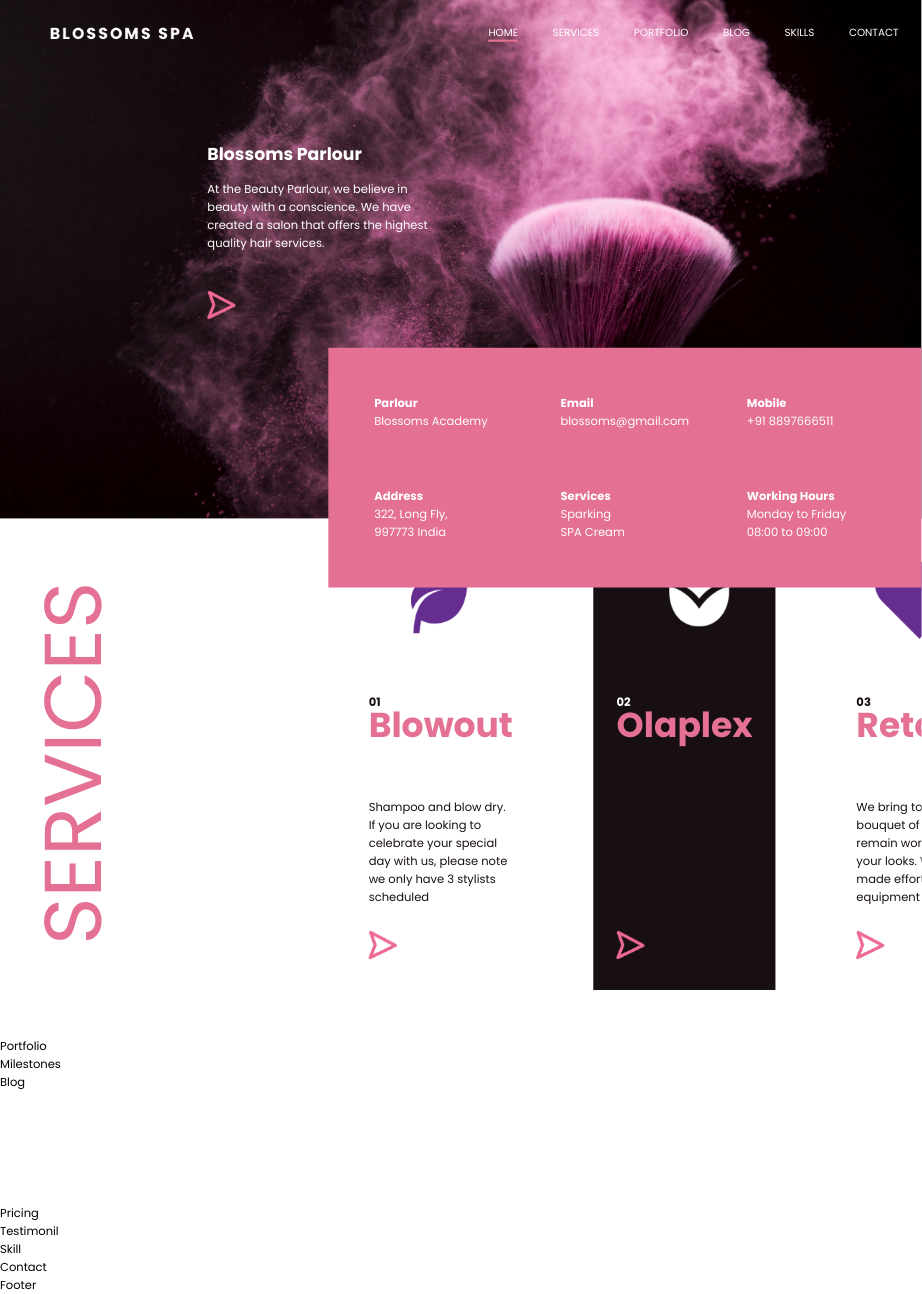
Repository: OmniaRafat232111121/animateSalon
Page: /
An editor plug-in stored every save of this project. The page is shown before and after a run of saves, followed by the edit.
The browser window is 1280 px wide. The pictures show the whole page, at 72% of full size.
The project was rebuilt for these pictures with package versions that can differ from the ones it lists, and the page was loaded fresh each time. Also part of the build but not shown: src/components/ScrollTop.jsx.

Above is the page before, as saved 2022-07-26 03:23:29.

### src/index.css
@import url("https://fonts.googleapis.com/css2?family=Poppins:wght@100;200;300;400;500;600;700;800&display=swap");
:root {
  --primary-color: #180f14;
  --secondary-color: #e47194;
  --font-family: "Poppins", sans-serif;
}

* {
  margin: 0;
  padding: 0;
  box-sizing: border-box;
}

html {
  scroll-behavior: smooth;
  height: 100%;
  overflow-x: hidden;
}

body {
  overflow-x: hidden;
}

body,
button {
  font-family: var(--font-family);
}

::-webkit-scrollbar {
  background-color: var(--primary-color);
  width: 0.3rem;
}

::-webkit-scrollbar-thumb {
  background-color: var(--secondary-color);
}

@media screen and (min-width: 280px) and (max-width: 1080px) {
  body::-webkit-scrollbar {
    display: none;
  }
}

### src/App.js
import React from 'react'
import Blog from './components/Blog'
import Contact from './components/Contact'
import Footer from './components/Footer'
import Home from './components/Home'
import Milestones from './components/Milestones'
import Portfolio from './components/Portfolio'
import Pricing from './components/Pricing'
import ScrollTop from './components/ScrollTop'
import Services from './components/Services'
import Skill from './components/Skill'
import Testimonil from './components/Testimonil'

const App = () => {
  return (
 <>

 <Home/>
 <Services/>
 <Portfolio/>
 <Milestones/>
 <Blog/>
 <video/>
 <Pricing/>
 <Testimonil/>
 <Skill/>
 <Contact/>
 <Footer/>
 </>
  )
}

export default App

### src/components/Home.jsx
import React from 'react'
import styled from "styled-components"
import home from "../assets/home.png";
import play from "../assets/play.png";
import Navbar from './Navbar';

const Home = () => {
  return (
  <Section id="home">
    <Navbar/>
    <div className="home">
    <div className="content">
    <div classname="title">
    <h1>Blossoms Parlour</h1>
    </div>
    <div className="subTitle">
            <p>
              At the Beauty Parlour, we believe in beauty with a conscience.
              We have created a salon that offers the highest quality hair
              services.
            </p>
          </div>
      <img src={play} alt="playButton"/>
    </div>
    </div>

    <div className="info">
    <div className="grid">
            <div className="col">
                <strong>Parlour</strong>
                <p>Blossoms Academy</p>
            </div>
            <div className="col">
                <strong>Email</strong>
                <p>blossoms@gmail.com</p>
            </div>
            <div className="col">
                <strong>Mobile</strong>
                <p>+91 8897666511</p>
            </div>
            <div className="col">
                <strong>Address</strong>
                <p>322, Long Fly,</p>
                <p>997773 India</p>
            </div>
            <div className="col">
                <strong>Services</strong>
                <p>Sparking</p>
                <p>SPA Cream</p>
            </div>
            <div className="col">
                <strong>Working Hours</strong>
                <p>Monday to Friday</p>
                <p>08:00 to 09:00</p>
            </div>
          </div>
    </div>
    </Section>
  )
}
const Section=styled.section`
  background: url(${home}) no-repeat center;
  min-height: 100vh;
  background-size: cover;
  position: relative;
  .home{
    height: 100%;
    .content {
      display: flex;
      flex-direction: column;
      align-items: flex-start;
      width: 60%;
      color: #fff;
      gap: 1.2rem;
      margin-top: 8rem;
      padding-left: 18rem;
      .title {
        h1 {
          font-size: 5rem;
          line-height: 5.3rem;
        }
      }
      .subTitle {
        p {
          width: 70%;
          margin-bottom: 2rem;
        }
      }
    }
  }
  .info {
    position: absolute;
    bottom: -6rem;
    right: 0;
    background-color: var(--secondary-color);
    padding: 4rem;
    .grid {
      display: grid;
      grid-template-columns: repeat(3, 1fr);
      gap: 5rem;
      color: #fff;
    }
  }
`;

export default Home

### src/components/Milestones.jsx
import React from 'react'

const Milestones = () => {
  return (
    <div>Milestones</div>
  )
}

export default Milestones

### src/components/Services.jsx
import React from 'react'
import styled from 'styled-components'
import service1 from "../assets/service1.png"
import service2 from "../assets/service2.png"
import service3 from "../assets/service3.png"
import play from '../assets/play.png'
import Title from './Title'

import { motion } from "framer-motion";

const Services = () => {

  const data = [
    {
      type: "Blowout",
      text: "Shampoo and blow dry. If you are looking to celebrate your special day with us, please note we only have 3 stylists scheduled",
      image: service1,
    },
    {
      type: "Olaplex",
      text: "Hair treatment helping keep coloured hair healthy from the inside If you are looking to celebrate your special day with us.",
      image: service2,
    },
    {
      type: "Retouch",
      text: "We bring to you a bouquet of services to remain worry free about your looks. We have made effortless beauty equipment and products.",
      image: service3,
    },
  ];
  return <Section id="services" >
    <Title value="services" />
    <div className="services">
        {data.map(({type,text,image},index) => {
            return (
              <motion.div className="services__service"


              transition={{
                delay: 0.03,
                type: "tween",
                duration: 0.8,
              }}
              >
                  <div className="services__service__image">
                    <img src={image} alt="Service" />
                  </div>
                  <div className="services__service__title">
                    <span>0{index + 1}</span>
                    <h2>{type}</h2>
                  </div>
                  <p className="services__service__description">{text}</p>
                  <img src={play} alt="Readmore" />
              </motion.div>
            )
          })}
    </div>
  </Section>
}


const Section = styled.section`
min-height:100vh;
.services{
  display:grid;
  grid-template-columns:repeat(3,1fr);
  gap:5rem;
  align-items:center;
  height:100%;
  margin:0 30rem;

  &__service{
    padding:2rem;
    &:nth-of-type(2){
      background-color:var(--primary-color);
      .services__service__title{
        span{
          color:#fff;
        }
      }
      .services__service_description {
        color:#fff;
      }
    }
    &__image {
      margin-bottom: 3rem;
    }
    &__title {
      span {
        color: var(--primary-color);
        font-weight: bolder;
      }
      h2 {
        font-size: 3rem;
        line-height: 2.5rem;
        margin-bottom: 5rem;
        color: var(--secondary-color);
      }
    }
    &__description {
      color: var(--primary-color);
      margin-bottom: 2rem;
    }
  }
}
@media screen and (min-width: 280px) and (max-width: 1080px) {
  .services {
    margin: 2rem 0;
    grid-template-columns: 1fr;
    gap: 2rem;
    padding: 0 2rem;
  }

  }
`;

export default Services

### src/components/Testimonil.jsx
import React from 'react'

const Testimonil = () => {
  return (
    <div>Testimonil</div>
  )
}

export default Testimonil

### src/components/Navbar.jsx
import React,{useState} from 'react';
import styled from 'styled-components';
import logo from "../assets/logo.png";
import { GitHamBurgerMenu } from 'react-icons/gi'
import { MdClose } from "react-icons/md";

const Navbar = () => {
const {isNavOpen,setIsNavOpen}=useState(false);
  return (
    <Nav>
    <div className="brand__container">
    <a href="#" className='brand'>
      <img src={logo} alt="logo" />
    </a>
    </div>
    <div className="toggle"></div>

 <div className="links">
 <ul>
 <li className="active">
     <a href="#home">Home</a>
   </li>
   <li>
     <a href="#services">Services</a>
   </li>
   <li>
     <a href="#portfolio">Portfolio</a>
   </li>
   <li>
     <a href="#blog">Blog</a>
   </li>
   <li>
     <a href="#skills">Skills</a>
   </li>
   <li>
     <a href="#contact">Contact</a>
   </li>
 </ul>
 </div>
</Nav>
  )
}
const Nav = styled.nav`
  display: flex;
  justify-content: space-between;
  margin: 0 2rem;
  color: #fff;
  padding-top: 2rem;
  .brand__container {
    margin: 0 2rem;
    .toggle {
      display: none;
    }
  }
  .links {
    ul {
      list-style-type: none;
      display: flex;
      gap: 3rem;
      .active{
        a {
          border-bottom: 0.2rem solid var(--secondary-color);
        }
      }
      li {
        a {
          color: #fff;
          text-decoration: none;
          font-weight: 400;
          font-size: 0.9rem;
          text-transform: uppercase;
        }
        a:hover{
          color:var(--secondary-color);
          border-bottom:0.2rem solid #fff;
        }
      }
    }
  }
`
  export default Navbar;

### src/components/Title.jsx
import React from 'react'
import styled from "styled-components";
const Title = ({value}) => {
  return (
    <Div>
    <h1>{value}</h1>
    </Div>
  );
}
const Div =styled.nav `
position:relative;
h1{
  position:absolute;
  transform: translateX(-30%) translateY(20vw) rotate(-90deg);
  font-size: 7rem;
  text-transform: uppercase;
  color: var(--secondary-color);
  font-weight: 400;
  @media screen and (min-width: 280px) and (max-width: 1080px) {
    display: none;
  }

}
`

export default Title

Loaded but not shown: public/index.html (common file); src/index.js (common file); src/components/Blog.jsx (common file); src/components/Contact.jsx (common file); src/components/Footer.jsx (common file); src/components/Portfolio.jsx (common file); src/components/Pricing.jsx (common file); src/components/Skill.jsx (common file)

After the next 2 saves:
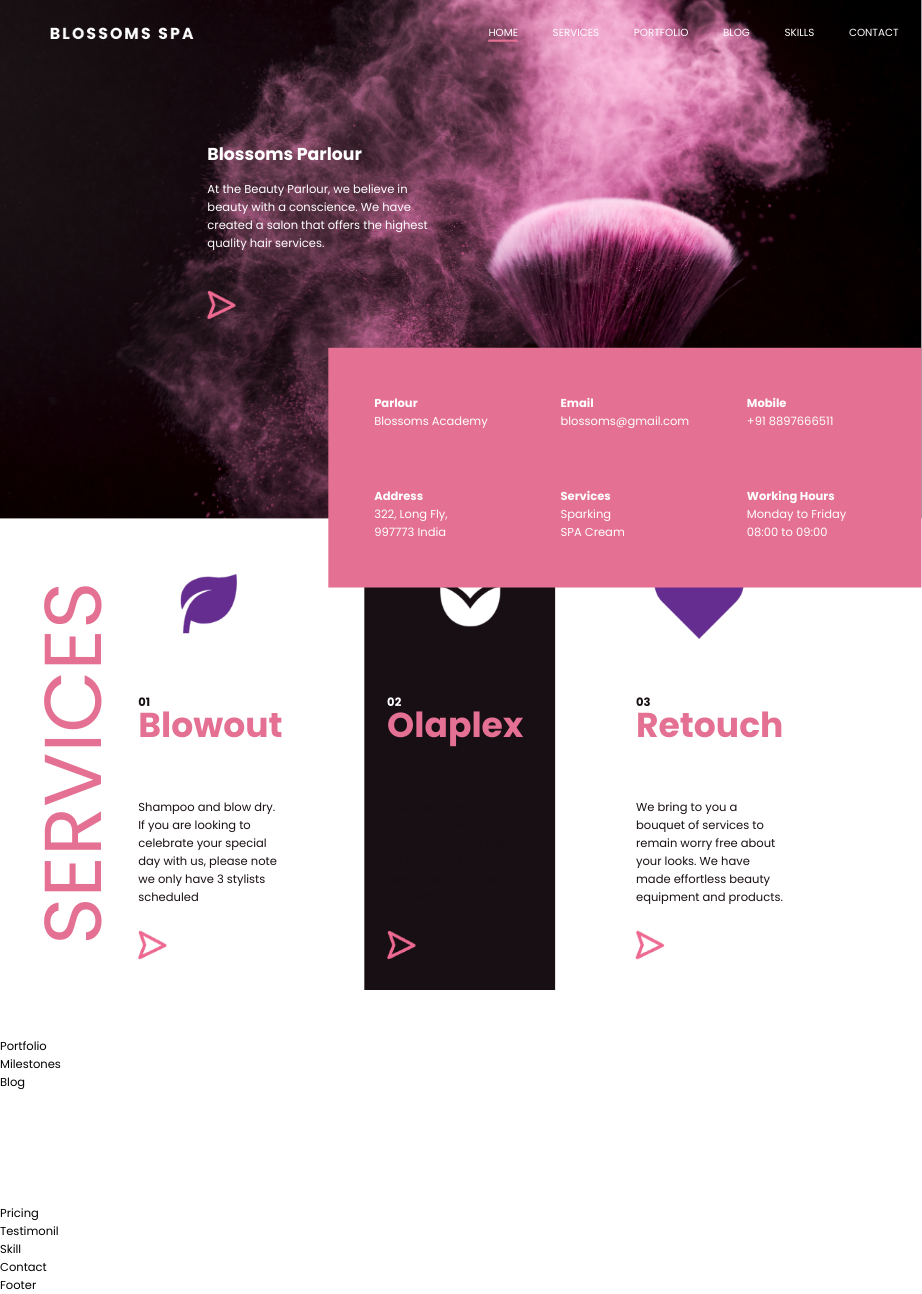
The 2 saves are shown as one change because they came seconds apart.
The last was saved 8 s later.
--- a/src/components/Services.jsx
+++ b/src/components/Services.jsx
@@ -66,7 +66,7 @@ min-height:100vh;
   gap:5rem;
   align-items:center;
   height:100%;
-  margin:0 30rem;
+  margin:0 10rem;
 
   &__service{
     padding:2rem;
